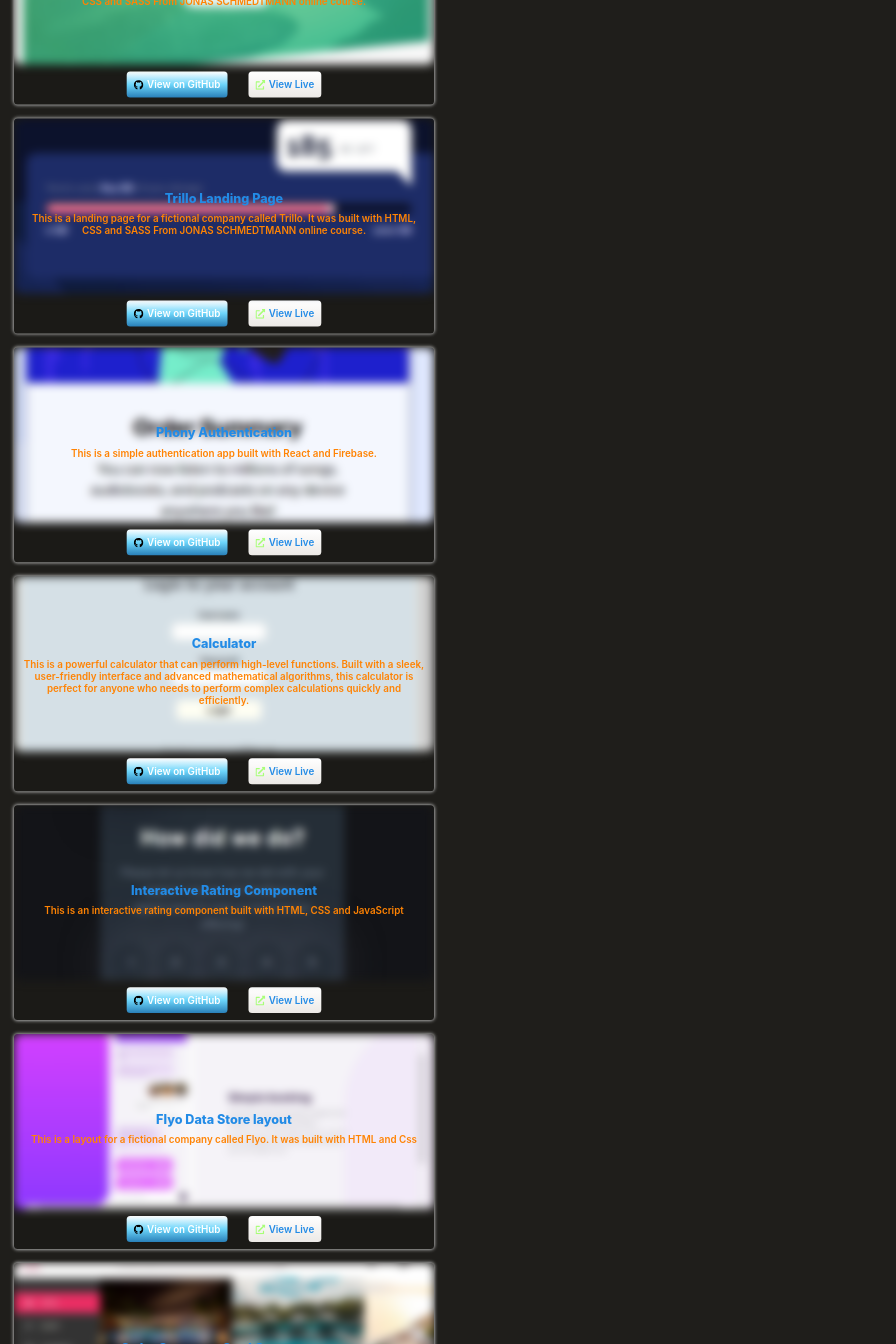
Repository: MikkyPrestige/portfolio
Page: /projects
An editor plug-in stored every save of this project. The page is shown before and after the next save, followed by the edit.
The browser window is 1280 px wide. The pictures show the part of the page from y = 1566 to 3486 px (the page is 4351 px tall), at 70% of full size.
The project was rebuilt for these pictures with package versions that can differ from the ones it lists, and the page was loaded fresh each time. Also part of the build but not shown: src/components/avatar.jsx, src/components/home.jsx, src/components/about.jsx, src/components/fallback.jsx.

Above is the page before, as saved 2023-02-21 20:13:02.

After the next save:
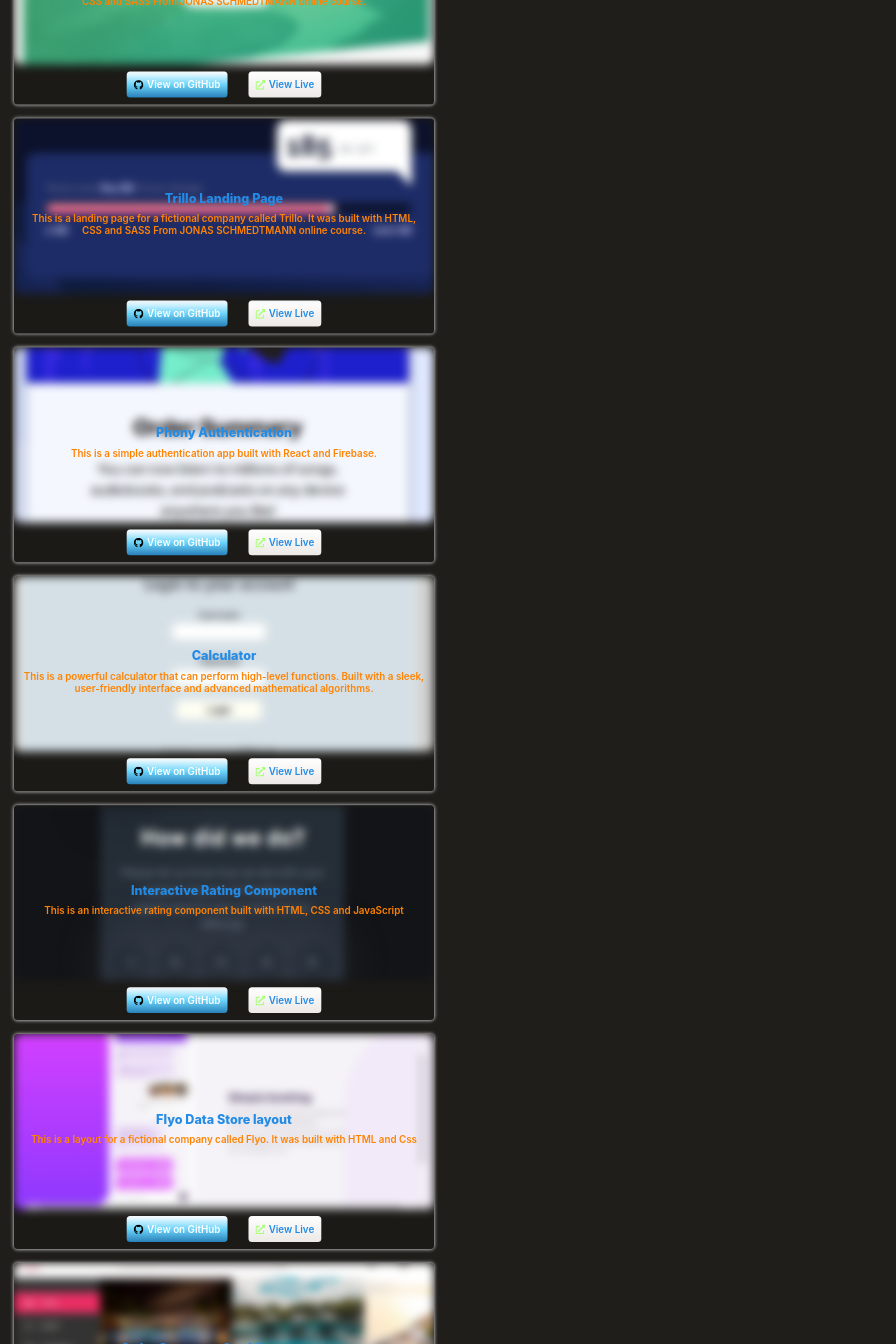
Saved 67 s later.
--- a/src/components/projects.jsx
+++ b/src/components/projects.jsx
@@ -237,9 +237,7 @@
           <div className="project--card__content">
             <h2 className="project--card__content__title">Calculator</h2>
             <p className="project--card__content__desc">
-            This is a powerful calculator that can perform high-level functions. Built with a sleek, user-friendly interface and advanced mathematical algorithms, this calculator is perfect for anyone who needs to perform complex calculations quickly and efficiently.
-
-
+            This is a powerful calculator that can perform high-level functions. Built with a sleek, user-friendly interface and advanced mathematical algorithms.
             </p>
           </div>
           <div className="project--card__links">
